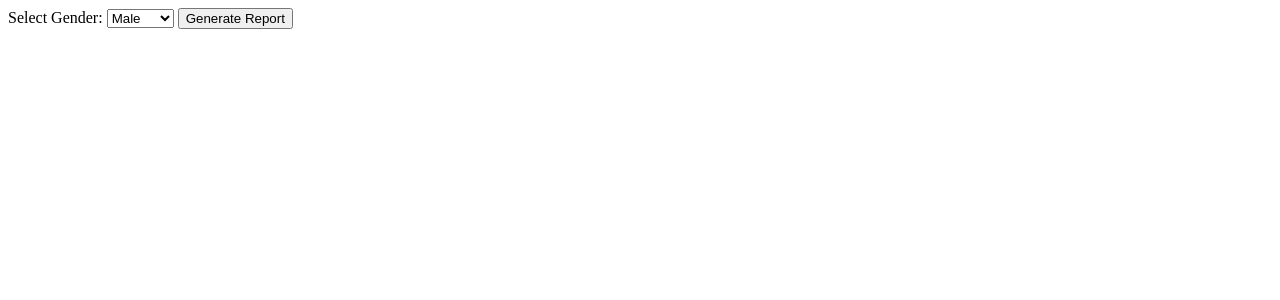
Repository: KUSUMA-74/Advance-JavaProject
Page: http://localhost/EmployeeWebApp/report_form.jsp
An editor plug-in stored every save of this project. The page is shown before and after the next save, followed by the edit.
The browser window is 1280 px wide. The pictures show the whole page.
The page is served by Tomcat 9.

Above is the page before, as saved 2025-05-30 06:27:54.

After the next save:
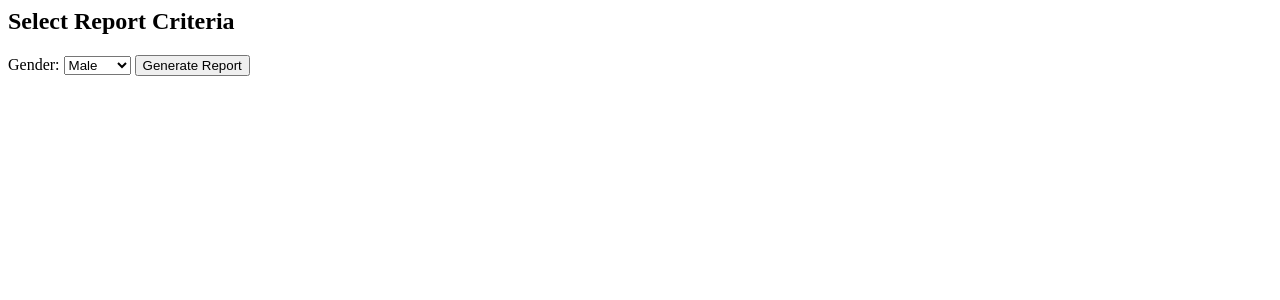
Saved 16 s later.
--- a/EmployeeWebApp/src/main/webapp/report_form.jsp
+++ b/EmployeeWebApp/src/main/webapp/report_form.jsp
@@ -1,8 +1,17 @@
+<%@ page contentType="text/html;charset=UTF-8" language="java" %>
+<html>
+<head>
+    <title>Select Report Criteria</title>
+</head>
+<body>
+<h2>Select Report Criteria</h2>
 <form action="ReportServlet" method="post">
-    Select Gender:
+    Gender:
     <select name="gender">
-        <option>Male</option>
-        <option>Female</option>
+        <option value="Male">Male</option>
+        <option value="Female">Female</option>
     </select>
-    <input type="submit" value="Generate Report" />
+    <input type="submit" value="Generate Report"/>
 </form>
+</body>
+</html>
